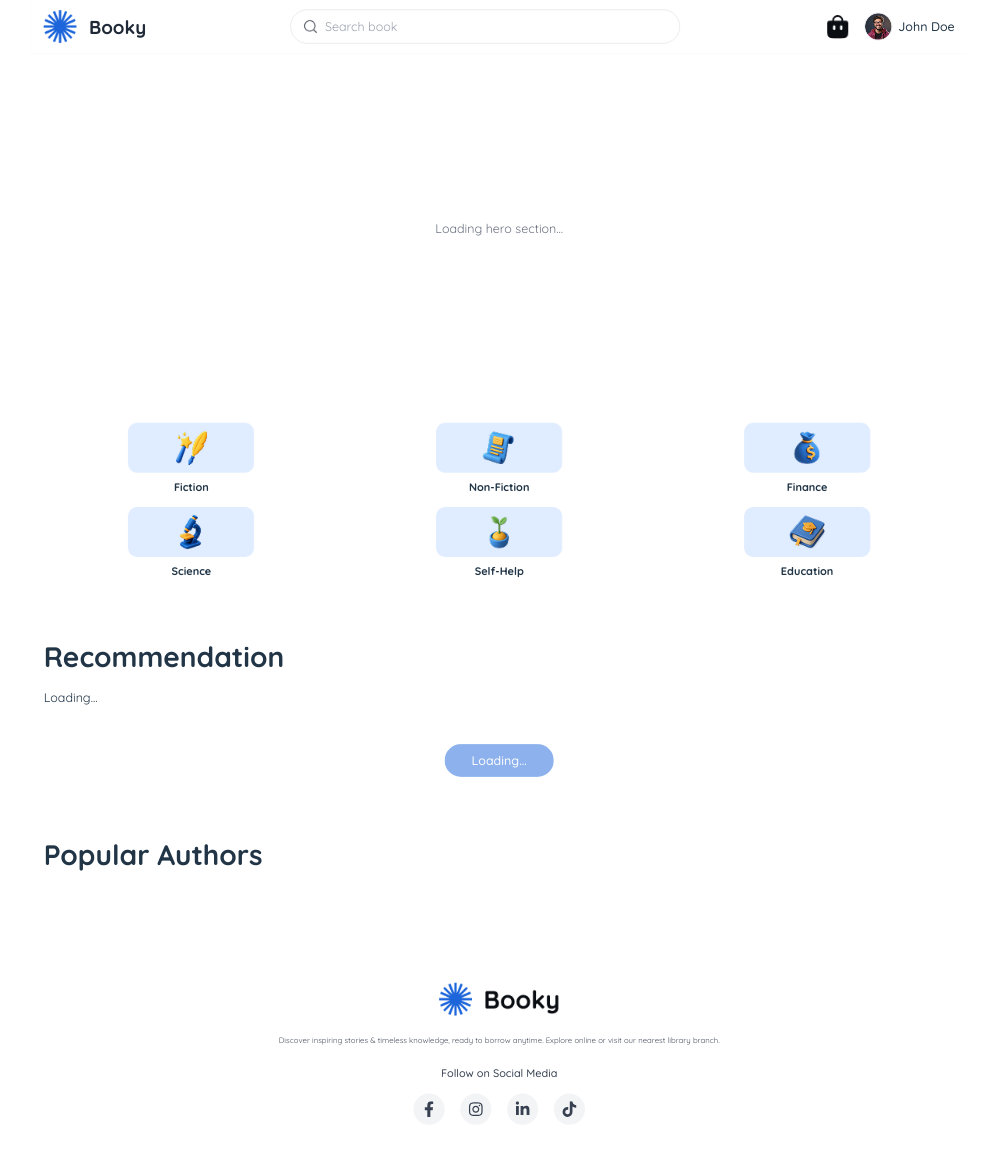
Repository: faridsyafaat/library-app
Page: /#/homeafter
An editor plug-in stored every save of this project. The page is shown before and after the next save, followed by the edit.
The browser window is 1280 px wide. The pictures show the whole page, at 78% of full size.
The page's requests for data from a server got no answer. The project was rebuilt for these pictures with package versions that can differ from the ones it lists, and the page was loaded fresh each time. No one was signed in, and anything a server would have sent is missing. Also part of the build but not shown: vite.config.ts, src/components/layout/NavbarBefore.tsx, src/components/sections/HeroSection.tsx, src/components/sections/RecommendationSection.tsx, src/components/ui/card.tsx, src/components/sections/PopularAuthorBefore.tsx, src/pages/HomeBefore.tsx, src/pages/Login.tsx and 14 more.

Above is the page before, as saved 2025-11-30 15:18:02.

### index.html
<!doctype html>
<html lang="en">
  <head>
    <meta charset="UTF-8" />
    <link rel="icon" type="image/svg+xml" href="/vite.svg" />
    <meta name="viewport" content="width=device-width, initial-scale=1.0" />
    <title>library-app</title>
  </head>
  <body>
    <div id="root"></div>
    <script type="module" src="/src/main.tsx"></script>
  </body>
</html>

### src/main.tsx
import { StrictMode } from "react";
import { createRoot } from "react-dom/client";
import "./index.css";
import App from "./App";
import { Provider } from "react-redux";
import { store } from "./store/store";
import { QueryClient, QueryClientProvider } from "@tanstack/react-query";
import { HashRouter } from "react-router-dom";

const queryClient = new QueryClient();

createRoot(document.getElementById("root")!).render(
  <StrictMode>
   <Provider store={store}>
  <QueryClientProvider client={queryClient}>
    <HashRouter>
      <App />
    </HashRouter>
  </QueryClientProvider>
</Provider>

  </StrictMode>
);

### src/index.css
@import url('https://fonts.googleapis.com/css2?family=Quicksand:wght@300;400;500;600;700&display=swap');
@tailwind base;
@tailwind components;
@tailwind utilities;

:root {
  font-family: system-ui, Avenir, Helvetica, Arial, sans-serif;
  line-height: 1.5;
  font-weight: 400;
  font-synthesis: none;
  text-rendering: optimizeLegibility;
  -webkit-font-smoothing: antialiased;
  -moz-osx-font-smoothing: grayscale;
}

a {
  font-weight: 500;
  color: #646cff;
  text-decoration: inherit;
}
a:hover {
  color: #535bf2;
}

body {
  margin: 0;
  min-height: 100vh;
  }

h1 {
  font-size: 3.2em;
  line-height: 1.1;
}

button {
  border-radius: 8px;
  border: 1px solid transparent;
  padding: 0.6em 1.2em;
  font-size: 1em;
  font-weight: 500;
  font-family: inherit;
  background-color: #1a1a1a;
  cursor: pointer;
  transition: border-color 0.25s;
}
button:hover {
  border-color: #646cff;
}
button:focus,
button:focus-visible {
  outline: 4px auto -webkit-focus-ring-color;
}

@media (prefers-color-scheme: light) {
  :root {
    color: #213547;
    background-color: #ffffff;
  }
  a:hover {
    color: #747bff;
  }
  button {
    background-color: #f9f9f9;
  }
}

.container-custom {
  max-width: 1200px;
  margin-left: auto;
  margin-right: auto;
  padding-left: 1rem;
  padding-right: 1rem;
}

@layer base {
  body {
    @apply font-quicksand;
  }
}

.no-scrollbar::-webkit-scrollbar {
  display: none;
}
.no-scrollbar {
  -ms-overflow-style: none;
  scrollbar-width: none;
}

### src/App.tsx
import { Routes, Route } from "react-router-dom";
import HomeBefore from "@/pages/HomeBefore";
import Login from "@/pages/Login";
import Register from "@/pages/Register";
import HomeAfter from "@/pages/HomeAfter";
import DetailPage from "@/pages/DetailPage";
import CategoryPage from "@/pages/CategoryPage";
import AuthorPage from "@/pages/AuthorPage";


function App() {
  return (
    <>
            <Routes>
        <Route path="/" element={<HomeBefore />} />
        <Route path="/login" element={<Login />} />
        <Route path="/register" element={<Register />} />
        <Route path="/homeafter" element={<HomeAfter />} />
        <Route path="/books/:id" element={<DetailPage />} />
        <Route path="/category/:id" element={<CategoryPage />} />
        <Route path="/author/:id" element={<AuthorPage />} />
        </Routes>
    </>
  );
}

export default App;

### src/store/store.ts
import { configureStore } from "@reduxjs/toolkit";
import cartReducer from "@/features/cart/cartSlice";
import bookDetailReducer from "@/store/bookDetailSlice";
import authReducer from "@/features/auth/authSlice";

export const store = configureStore({
  reducer: {
    cart: cartReducer,
    bookDetail: bookDetailReducer,
    auth: authReducer,
  },
});

export type RootState = ReturnType<typeof store.getState>;
export type AppDispatch = typeof store.dispatch;

### src/pages/HomeAfter.tsx
import NavbarAfter from "@/components/layout/NavbarAfter";
import HeroAfter from "@/components/sections/HeroAfter";
import CategorySection from "@/components/sections/CategorySection";
import RecommendationAfter from "@/components/sections/RecommendationAfter";
import PopularAuthorSection from "@/components/sections/PopularAuthorSection";
import FooterSection from "@/components/layout/FooterSection";
import ErrorBoundary from "@/components/layout/ErrorBoundary";

console.log("HOME AFTER RENDERED")

const HomeAfter = () => {
  return (
    <div>
      <NavbarAfter />
      <HeroAfter />
      <CategorySection />

      <ErrorBoundary>
        <RecommendationAfter />
      </ErrorBoundary>

      <ErrorBoundary>
        <PopularAuthorSection />
      </ErrorBoundary>

      <FooterSection />
    </div>
  );
};

export default HomeAfter;

### src/features/cart/cartSlice.ts
import { createSlice } from "@reduxjs/toolkit";
import type { PayloadAction } from "@reduxjs/toolkit";

export interface CartBook {
  id: number;
  title: string;
  author?: string;
  coverImage?: string;
  price?: number;
  quantity: number;
}

interface CartState {
  items: CartBook[];
  count: number;
  loading: boolean;
  error: string | null;
}

const initialState: CartState = {
  items: [],
  count: 0,
  loading: false,
  error: null,
};

const cartSlice = createSlice({
  name: "cart",
  initialState,
  reducers: {

    setCart: (state, action: PayloadAction<CartBook[]>) => {
      state.items = action.payload;
      state.count = action.payload.length;
    },

      addToCart: (state, action: PayloadAction<CartBook>) => {
      const existingItem = state.items.find(
        (item) => item.id === action.payload.id
      );

      if (existingItem) {
        existingItem.quantity += 1;
      } else {
        state.items.push({ ...action.payload, quantity: 1 });
      }

      state.count += 1;
    },

     clearCart: (state) => {
      state.items = [];
      state.count = 0;
      state.error = null;
    },
  },
});

export const { setCart, addToCart, clearCart } = cartSlice.actions;
export default cartSlice.reducer;

### src/store/bookDetailSlice.ts
import { createSlice, createAsyncThunk } from "@reduxjs/toolkit";
import axios from "axios";
import type { BookDetail } from "@/types/BookDetail";

// --- Async thunk ---
export const fetchBookById = createAsyncThunk<
  BookDetail,
  string,
  { rejectValue: string }
>(
  "bookDetail/fetchBookById",
  async (id, { rejectWithValue }) => {
    try {
      const token = localStorage.getItem("token");
      const res = await axios.get(
        `https://be-library-api-xh3x6c5iiq-et.a.run.app/api/books/${id}`,
        { headers: { Authorization: `Bearer ${token}` } }
      );
      return res.data.data as BookDetail;
    } catch (err: unknown) {
      if (axios.isAxiosError(err)) {
        return rejectWithValue(err.response?.data?.message ?? err.message);
      }
      return rejectWithValue((err as Error).message ?? "Unknown error");
    }
  }
);


// --- Slice state ---
interface BookDetailState {
  book: BookDetail | null;
  loading: boolean;
  error: string | null;
}

const initialState: BookDetailState = {
  book: null,
  loading: false,
  error: null,
};

// --- Slice ---
const bookDetailSlice = createSlice({
  name: "bookDetail",
  initialState,
  reducers: {
    clearBook: (state) => {
      state.book = null;
      state.loading = false;
      state.error = null;
    },
  },
  extraReducers: (builder) => {
    builder
      .addCase(fetchBookById.pending, (state) => {
        state.loading = true;
        state.error = null;
      })
      .addCase(fetchBookById.fulfilled, (state, action) => {
        state.loading = false;
        state.book = action.payload;
      })
      .addCase(fetchBookById.rejected, (state, action) => {
        state.loading = false;
        state.error = action.payload ?? "Failed to fetch book detail";
      });
  },
});

// --- Export reducer & actions ---
export const { clearBook } = bookDetailSlice.actions;
export default bookDetailSlice.reducer;

### src/features/auth/authSlice.ts
import { createSlice } from "@reduxjs/toolkit";
import type { PayloadAction } from "@reduxjs/toolkit";

interface User {
  id: string;
  name: string;
  email: string;
  photo?: string;
}

interface AuthState {
  user: User | null;
  token: string | null;
}

const initialState: AuthState = {
  user: JSON.parse(localStorage.getItem("user") || "null"),
  token: localStorage.getItem("token") || null,
};

const authSlice = createSlice({
  name: "auth",
  initialState,
  reducers: {

    setCredentials: (
      state,
      action: PayloadAction<{ user: User; token: string }>
    ) => {
      state.user = action.payload.user;
      state.token = action.payload.token;

      // Simpan ke localStorage
      localStorage.setItem("user", JSON.stringify(action.payload.user));
      localStorage.setItem("token", action.payload.token);
    },

    // Logout
    logout: (state) => {
      state.user = null;
      state.token = null;

      localStorage.removeItem("user");
      localStorage.removeItem("token");
    },
  },
});

export const { setCredentials, logout } = authSlice.actions;
export default authSlice.reducer;

### src/components/layout/FooterSection.tsx
import { FaFacebookF, FaInstagram, FaLinkedinIn, FaTiktok } from "react-icons/fa";

export default function FooterSection() {
  return (
    <footer className="mt-10 py-16 text-center container">

      {/* Logo */}
      <div className="flex justify-center mb-6">
        <img
          src="image/booky.png"
          alt="Bookly Logo"
          className="w-[155px] h-[42px]"
        />
      </div>

      {/* Description */}
      <p className="max-w-xl mx-auto text-gray-600 text-[10px] leading-relaxed mb-6">
        Discover inspiring stories & timeless knowledge, ready to borrow anytime.
        Explore online or visit our nearest library branch.
      </p>

      {/* Social Media Label */}
      <p className="text-gray-700 text-sm font-medium mb-4">
        Follow on Social Media
      </p>

      {/* Social Media Icons */}
      <div className="flex justify-center gap-5 text-gray-700 text-xl">
  <div className="w-[40px] h-[40px] rounded-full bg-gray-100 flex items-center justify-center cursor-pointer hover:bg-blue-100 duration-200">
    <FaFacebookF />
  </div>

  <div className="w-[40px] h-[40px] rounded-full bg-gray-100 flex items-center justify-center cursor-pointer hhover:bg-blue-100 duration-200">
    <FaInstagram />
  </div>

  <div className="w-[40px] h-[40px] rounded-full bg-gray-100 flex items-center justify-center cursor-pointer hover:bg-blue-100 duration-200">
    <FaLinkedinIn />
  </div>

  <div className="w-[40px] h-[40px] rounded-full bg-gray-100 flex items-center justify-center cursor-pointer hover:bg-blue-100 duration-200">
    <FaTiktok />
  </div>
</div>

    </footer>
  );
}

### src/components/sections/CategorySection.tsx
import { useEffect, useRef, useState } from "react";
import axios from "axios";

type Category = {
  id: number;
  name: string;
};


const categoryImages: Record<string, string> = {
  fiction: "image/fiction.png",
  nonfiction: "image/non-fiction.png",
  finance: "image/finance.png",
  science: "image/science.png",
  selfhelp: "image/self-help.png",
  education: "image/education.png",

  business: "image/finance.png",
  scifi: "image/science.png",
  technology: "image/education.png",
};

const targetOrder = [
  "Fiction",
  "Non-Fiction",
  "Finance",
  "Science",
  "Self-Help",
  "Education",
];

const normalize = (name: string) =>
  name.toLowerCase().replace(/[\s-]/g, "");

export default function CategorySection() {
  const [categories, setCategories] = useState<Category[]>([]);
  const [loading, setLoading] = useState(true);
  const fetchedRef = useRef(false);

  useEffect(() => {
    if (fetchedRef.current) return;
    fetchedRef.current = true;

    const fetchCategories = async () => {
      try {
        const res = await axios.get(
          "https://be-library-api-xh3x6c5iiq-et.a.run.app/api/categories"
        );

        setCategories(res.data.data.categories || []);
      } catch (err) {
        console.error("Error fetching categories:", err);
        setCategories([]);
      } finally {
        setLoading(false);
      }
    };

    fetchCategories();
  }, []);

  if (loading) {
    return (
      <div className="w-full flex justify-center py-6 text-gray-500">
        Loading categories...
      </div>
    );
  }

  const apiDict = categories.reduce((acc, cat) => {
    acc[cat.name] = cat;
    return acc;
  }, {} as Record<string, Category>);

  const finalCategories = targetOrder.map((name, idx) => {
    return apiDict[name] || {
      id: -idx,
      name,
    };
  });

  return (
    <div className="w-full container py-6">
      <div className="grid grid-cols-2 md:grid-cols-3 gap-4">
        {finalCategories.map((cat) => {
          const key = normalize(cat.name);
          const imageUrl = categoryImages[key] || "/image/fallback.png";

          return (
            <div key={cat.id} className="flex flex-col items-center">
              <img
                src={imageUrl}
                alt={cat.name}
                className="w-[162px] h-[64px] object-contain mb-2"
                onError={(e) => {
                  e.currentTarget.onerror = null;
                  e.currentTarget.src = "/image/fallback.png";
                }}
              />
              <span className="text-sm font-bold">{cat.name}</span>
            </div>
          );
        })}
      </div>
    </div>
  );
}

### src/components/layout/NavbarAfter.tsx
import { useSelector } from "react-redux";
import type { RootState } from "@/store/store";
import { Link } from "react-router-dom";

console.log("NAVBAR RENDERED");

const NavbarAfter = () => {
  const cartCount = useSelector((state: RootState) => state.cart.count);
  const user = useSelector((state: RootState) => state.auth.user);

  return (
    <nav className="sticky top-0 z-50 bg-white shadow-sm px-4 py-3 flex items-center justify-between container mx-auto">


     {/* Logo + Tulisan */}
      <Link to="/homeafter" className="flex items-center gap-4">
        <img
          src="image/logo.png"
          alt="Logo"
          className="w-[42px] h-[42px] object-contain"
        />
        {/* Tulisan disembunyikan di mobile */}
        <span className="text-2xl font-bold text-gray-800 hidden sm:inline-block">
          Booky
        </span>
      </Link>

      {/* Search Bar Desktop */}
      <div className="hidden sm:flex relative w-[500px] h-[44px] items-center gap-6">
        {/* Icon Search */}
        <span className="absolute left-[16px] top-1/2 transform -translate-y-1/2 text-gray-400">
          <img src="image/search.png" alt="Search" className="w-5 h-5" />
        </span>
        {/* Input */}
        <input
          type="text"
          placeholder="Search book"
          className="w-full h-full rounded-full border pl-[44px] pr-[16px] pt-[8px] pb-[8px] focus:outline-none focus:ring-2 focus:ring-blue-500"
        />
      </div>

      {/* Right Menu */}
      <div className="flex items-center gap-4">

        {/* Icon Search Mobile */}
        <div className="sm:hidden cursor-pointer">
          <img src="image/search.png" alt="Search" className="w-6 h-6" />
        </div>

        {/* Bag / Cart */}
        <div className="relative cursor-pointer">
          <img src="image/bag.png" className="w-9" alt="Cart" />
          {cartCount > 0 && (
            <span className="absolute -top-2 -right-2 bg-red-600 text-white text-xs w-5 h-5 flex items-center justify-center rounded-full">
              {cartCount}
            </span>
          )}
        </div>

        {/* User */}
        <div className="flex items-center gap-2 cursor-pointer">
          <img
            src={user?.photo || "image/johndoe.png"}
            alt="User"
            className="w-9 h-9 rounded-full border"
          />
          {/* Nama user disembunyikan di mobile */}
          <span className="font-medium hidden sm:inline-block">
            {user?.name || "John Doe"}
          </span>
        </div>

      </div>
    </nav>
  );
};

export default NavbarAfter;

### src/components/sections/RecommendationAfter.tsx
'use client';

import { useState } from 'react';
import { useQuery } from '@tanstack/react-query';
import axios from 'axios';
import Button from '@/components/ui/Button';
import { useNavigate } from 'react-router-dom';

interface Book {
  id: number;
  title: string;
  coverImage: string;
  rating: number;
  Author: { name: string };
}

async function fetchBooks(limit: number): Promise<Book[]> {
  const token = localStorage.getItem('token');

  const response = await axios.get(
    `https://be-library-api-xh3x6c5iiq-et.a.run.app/api/books/recommend?by=rating&limit=${limit}`,
    {
      headers: { Authorization: `Bearer ${token}` },
    }
  );

  return response.data?.data?.books ?? [];
}

export default function RecommendationAfter() {
  const [limit, setLimit] = useState(10);
  const navigate = useNavigate();

  const {
    data = [],
    isLoading,
    isFetching,
  } = useQuery<Book[]>({
    queryKey: ['books', limit],
    queryFn: () => fetchBooks(limit),
    placeholderData: (prev) => prev,
  });

  return (
    <section className='w-full p-4 mt-10 container'>
      <div className='flex justify-between items-center mb-5'>
        <h2 className='text-4xl font-bold'>Recommendation</h2>
      </div>

      {isLoading && <p>Loading...</p>}

      {/* ⭐ Responsive Grid */}
      <div className='grid grid-cols-2 sm:grid-cols-3 md:grid-cols-5 gap-4 sm:gap-6 mt-6'>
        {data?.map((book) => (
          <div
            key={book.id}
            onClick={() => navigate(`/books/${book.id}`)} // ← klik buku langsung ke detail
            className='
              bg-white rounded-lg shadow hover:shadow-md transition cursor-pointer
              w-[220px] h-[382px]
              md:w-[224px] md:h-[468px]
            '
          >
            {/* Book Cover */}
            <div
              className='
              overflow-hidden rounded-t-lg
              w-[220px] h-[268px]
              md:w-[224px] md:h-[336px]
            '
            >
              <img
                src={book.coverImage}
                alt={book.title}
                className='w-full h-full object-cover'
              />
            </div>

            {/* Book Info */}
            <div
              className='
              flex flex-col justify-start gap-2 px-3 py-2
              w-[220px] h-[112px]
              md:w-[224px] md:h-[132px]
            '
            >
              <p className='font-bold text-sm line-clamp-2'>{book.title}</p>
              <p className='text-xs text-gray-500 line-clamp-1'>
                {book.Author?.name}
              </p>

              <div className='flex items-center gap-1'>
                ⭐ <span className='text-sm font-medium'>{book.rating}</span>
              </div>
            </div>
          </div>
        ))}
      </div>

      {/* Load More Button */}
      <div className='flex justify-center mt-6'>
        <Button
          variant='default'
          disabled={isFetching}
          onClick={() => setLimit(limit + 10)}
          className='w-[140px]'
        >
          {isFetching ? 'Loading...' : 'Load More'}
        </Button>
      </div>
    </section>
  );
}

### src/components/sections/PopularAuthorSection.tsx
import { useState } from "react";
import { useQuery } from "@tanstack/react-query";
import axios from "axios";

interface Author {
  id: number;
  name: string;
  photo: string;
  totalBooks: number;
}

async function fetchAuthors(limit: number): Promise<Author[]> {
  const token = localStorage.getItem("token");

  const response = await axios.get(
    `https://be-library-api-xh3x6c5iiq-et.a.run.app/api/authors?limit=${limit}`,
    { headers: { Authorization: `Bearer ${token}` } }
  );

  return response.data?.data?.authors ?? [];
}

export default function PopularAuthorSection() {
 const [limit] = useState(10);

  const { data } = useQuery<Author[]>({
    queryKey: ["authors", limit],
    queryFn: () => fetchAuthors(limit),
    placeholderData: (prev) => prev,
  });

  return (
    <section className="w-full p-4 mt-12 container">
      {/* Header */}
      <div className="flex justify-between items-center mb-6">
        <h2 className="text-4xl font-bold">Popular Authors</h2>

      </div>

      {/* Grid */}
  <div
  className="
    grid
    grid-cols-1
    sm:grid-cols-2
    md:grid-cols-3
    lg:grid-cols-4
    gap-4
    justify-items-start
  "
>
  {data?.map((author) => (
    <div
      key={author.id}
      className="
        flex items-center gap-4
        bg-white shadow rounded-xl
        px-4 py-3
        hover:shadow-lg
        cursor-pointer transition
        w-[361px] h-[84px]
        sm:w-[180px] sm:h-[105px]
        md:w-[220px] md:h-[110px]
        lg:w-[285px] lg:h-[113px]
      "
    >
      <img
        src={author.photo || 'image/johndoe.png'}
        alt={author.name}
        className="w-10 h-10 md:w-[56px] md:h-[56px] rounded-full object-cover border"
      />

      <div className="flex flex-col">
        <span className="font-semibold text-gray-800 text-xs md:text-sm">
          {author.name}
        </span>

        <div className="flex items-center gap-1 mt-1">
          <img src="image/book.png" alt="book" className="w-3 h-3 md:w-4 md:h-4" />
          <span className="text-[10px] md:text-xs text-gray-500">
            {author.totalBooks} books
          </span>
        </div>
      </div>
    </div>
  ))}
</div>




</section>
  );
}

### src/components/ui/Button.tsx
import React from "react";
import clsx from "clsx";

interface ButtonProps extends React.ButtonHTMLAttributes<HTMLButtonElement> {
  variant?: "default" | "outline" | "short";
  size?: "sm" | "md" | "lg";
}

const Button: React.FC<ButtonProps> = ({
  variant = "default",
  className,
  children,
  ...props
}) => {
  const baseStyle = "inline-flex items-center justify-center font-medium focus:outline-none rounded-full disabled:opacity-50 disabled:pointer-events-none";

  const variants: Record<string, string> = {
    default: "bg-[#1C65DA] text-white px-6 py-2 hover:bg-blue-600",
    outline: "border border-gray-800 text-black bg-white px-6 py-2 hover:bg-gray-100",
    short: "px-4 py-2 rounded-md text-sm",
  };

  return (
    <button className={clsx(baseStyle, variants[variant], className)} {...props}>
      {children}
    </button>
  );
};

export default Button;

Loaded but not shown: tailwind.config.js (26 lines, source omitted); src/components/sections/HeroAfter.tsx (135 lines, source omitted)

After the next save:
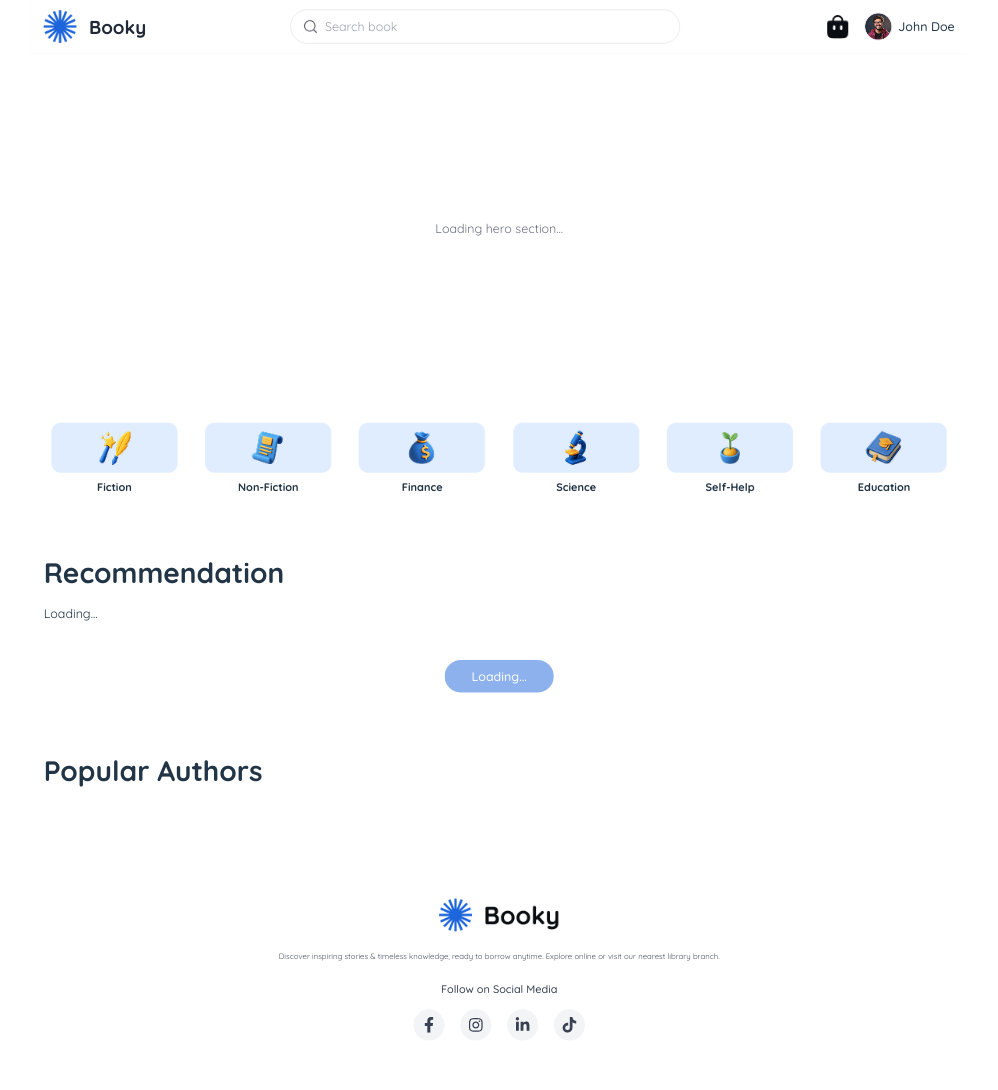
Saved 4 min 26 s later.
--- a/src/components/sections/CategorySection.tsx
+++ b/src/components/sections/CategorySection.tsx
@@ -81,7 +81,7 @@ export default function CategorySection() {
 
   return (
     <div className="w-full container py-6">
-      <div className="grid grid-cols-2 md:grid-cols-3 gap-4">
+      <div className="grid grid-cols-3 md:grid-cols-6 gap-4">
         {finalCategories.map((cat) => {
           const key = normalize(cat.name);
           const imageUrl = categoryImages[key] || "/image/fallback.png";
